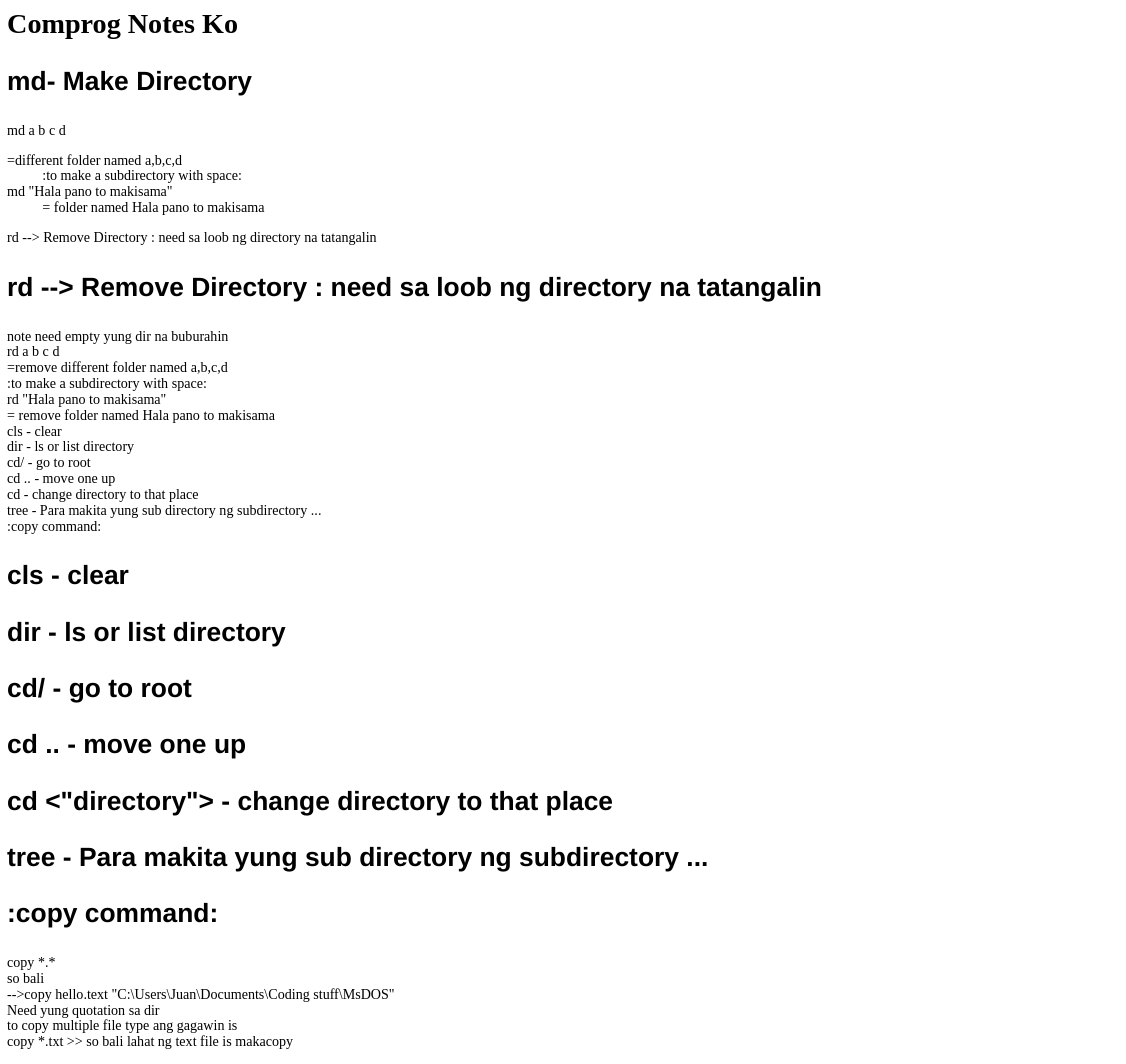
Repository: zwainer/Comprog
Page: index.html
An editor plug-in stored every save of this project. The page is shown before and after a run of saves, followed by the edit.
The browser window is 1280 px wide. The pictures show the whole page, at 88% of full size.

Above is the page before, as saved 2023-05-05 22:18:02.

### index.html
<html>
	<head>
		<link rel="stylesheet" href="index.css">
	</head>

	<h1>Comprog Notes Ko</h1>

	<p class="StartCommand">
		md- Make Directory
		<br/>
	</p>

	<p>md a b c d  <br/></p>

	<dl>
<dt>=different folder named a,b,c,d<br/></dt>

	<dd>:to make a subdirectory with space:<br/></dd>

	<dt>md "Hala pano to makisama"<br/></dt>
		<dd>= folder named Hala pano to makisama<br/></dd>
</dl>
rd --> Remove Directory : need sa loob ng directory na tatangalin<br/>

<p class="StartCommand">rd --> Remove Directory : need sa loob ng directory na tatangalin<br/></p>


	note need empty yung dir na buburahin<br/>

rd a b c d <br/>
		=remove different folder named a,b,c,d<br/>

	:to make a subdirectory with space:<br/>

	rd "Hala pano to makisama"<br/>

		= remove folder named Hala pano to makisama	<br/>



cls - clear<br/>

dir - ls or list directory<br/>

cd/ - go to root<br/>

cd .. - move one up<br/>

cd <directory> - change directory to that place<br/>

tree - Para makita yung sub directory ng subdirectory ...<br/>

:copy command:<br/>
<p class="StartCommand">cls - clear<br/></p>

<p class="StartCommand">dir - ls or list directory<br/></p>

<p class="StartCommand">cd/ - go to root<br/></p>

<p class="StartCommand">cd .. - move one up<br/></p>

<p class="StartCommand">cd <"directory"> - change directory to that place<br/></p>

<p class="StartCommand">tree - Para makita yung sub directory ng subdirectory ...<br/></p>

<p class="StartCommand">:copy command:<br/></p>


copy *.*<br/>

	so bali <br/>
		-->copy hello.text "C:\Users\Juan\Documents\Coding stuff\MsDOS"<br/>
			Need yung quotation sa dir<br/>

	to copy multiple file type ang gagawin is </br>
	copy *.txt >> so bali lahat ng text file is makacopy</br>



		</p>
</html>

### index.css
.StartCommand{
    font-size: 30px;
    font-family: 'Franklin Gothic Medium';
    font-weight: bold;
}

After the next 2 saves:
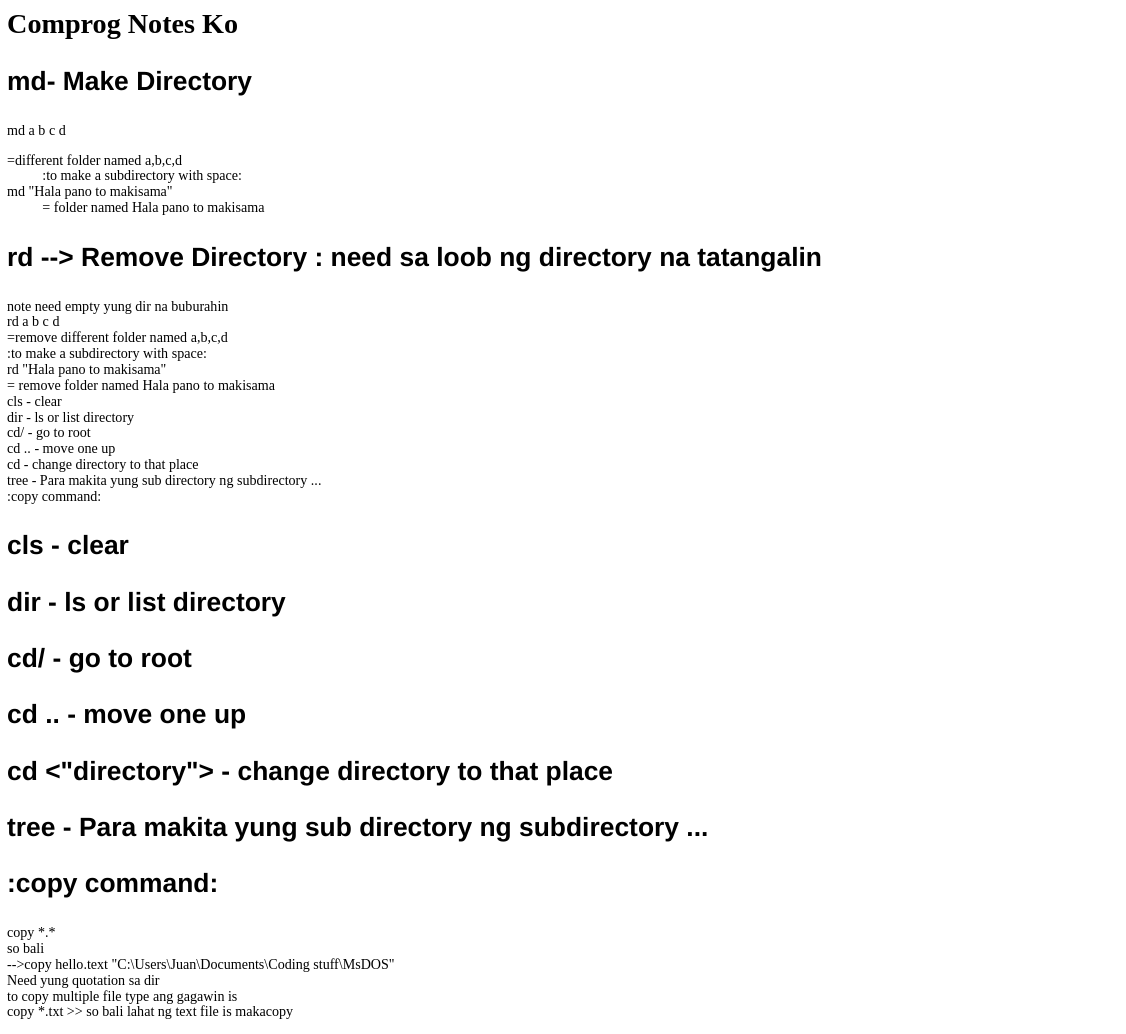
The 2 saves are shown as one change because they came seconds apart.
The last was saved 15 s later.
--- a/index.html
+++ b/index.html
@@ -20,7 +20,6 @@
 	<dt>md "Hala pano to makisama"<br/></dt>
 		<dd>= folder named Hala pano to makisama<br/></dd>
 </dl>
-rd --> Remove Directory : need sa loob ng directory na tatangalin<br/>
 
 <p class="StartCommand">rd --> Remove Directory : need sa loob ng directory na tatangalin<br/></p>
 
